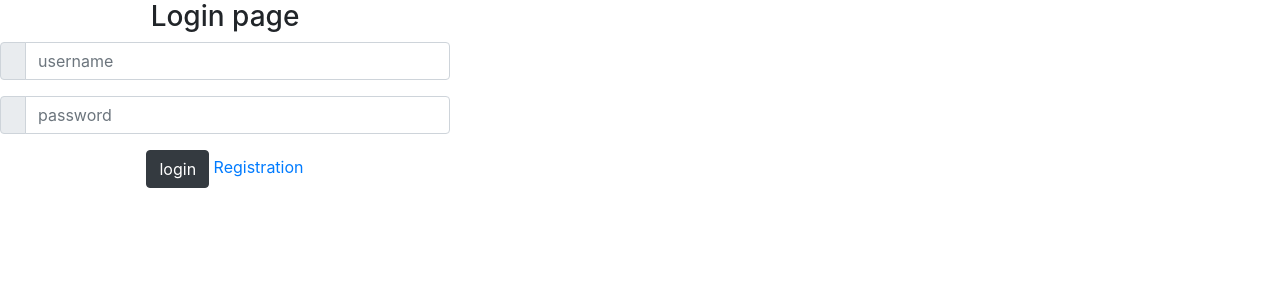
Repository: vishnushelke/LoginPage
Page: http://localhost/MyLoginPage/Login.jsp
The author's editor kept a copy of each file at every save. The page is drawn from the files as they stood at one save, then again after the next save.
The browser window is 1280 px wide. The pictures show the whole page.
The page is served by Tomcat 9.

Above is the page before, as saved 2019-10-10 06:36:35.

After the next save:
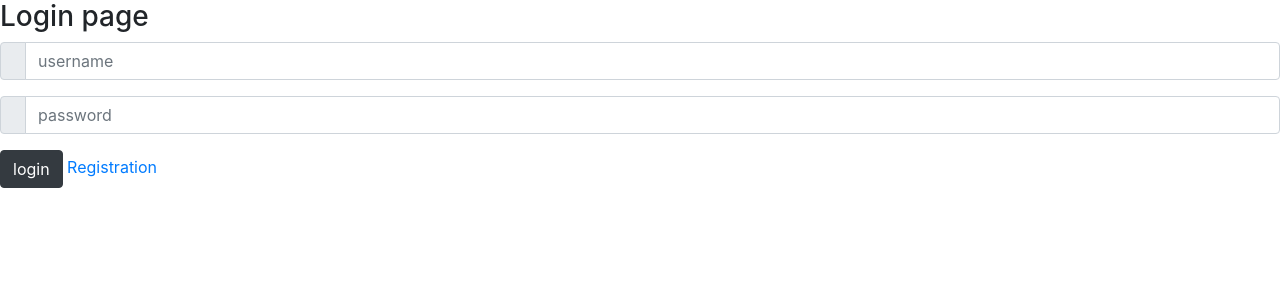
Saved 2 min 1 s later.
--- a/MyLoginPage/WebContent/Login.jsp
+++ b/MyLoginPage/WebContent/Login.jsp
@@ -16,8 +16,8 @@ src="https://maxcdn.bootstrapcdn.com/bootstrap/4.3.1/js/bootstrap.min.js"></scri
 </head>
 <body>
 <form action="login" method="post">
-<div style='text-align:center'>
-<fieldset style="width:450px">
+<div style='text-align:center'></div>
+<fieldset style="width:450px"></fieldset>
 <h3>Login page</h3>
 <div class="input-group mb-3">
   <div class="input-group-prepend">
